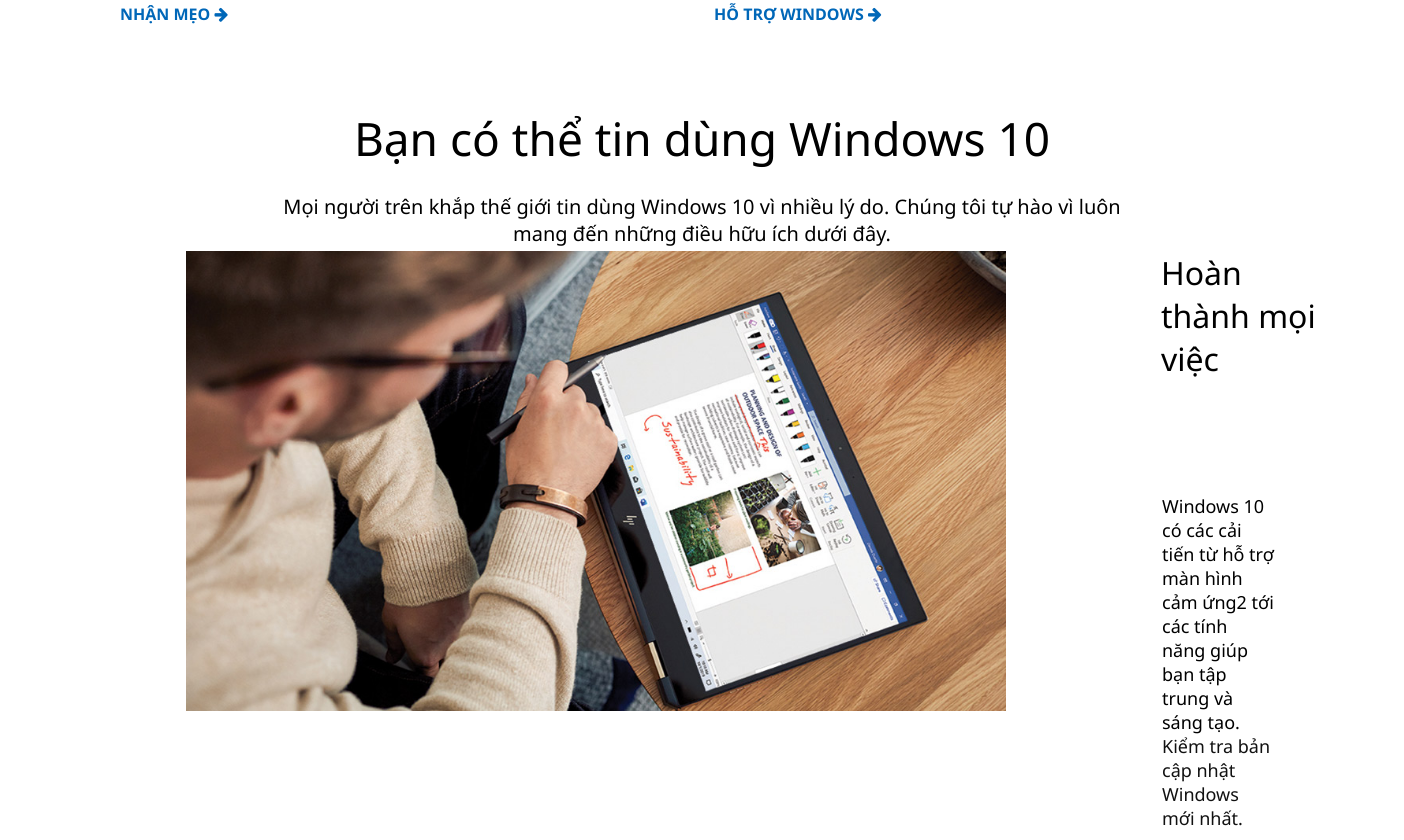
Repository: hoangphuong965/clone-Microsoft---practice
Page: index.html
The author's editor kept a copy of each file at every save. The page is drawn from the files as they stood at one save, then again after a run of saves.
The browser window is 1280 px wide. The page is 1404 px wide, so the pictures cover 1404 px, including what lies to the right of the window. The pictures show the part of the page from y = 1359 to 2199 px (the page is 2199 px tall before and 2075 px after).

Above is the page before, as saved 2020-06-10 21:12:17.

After the next 6 saves:
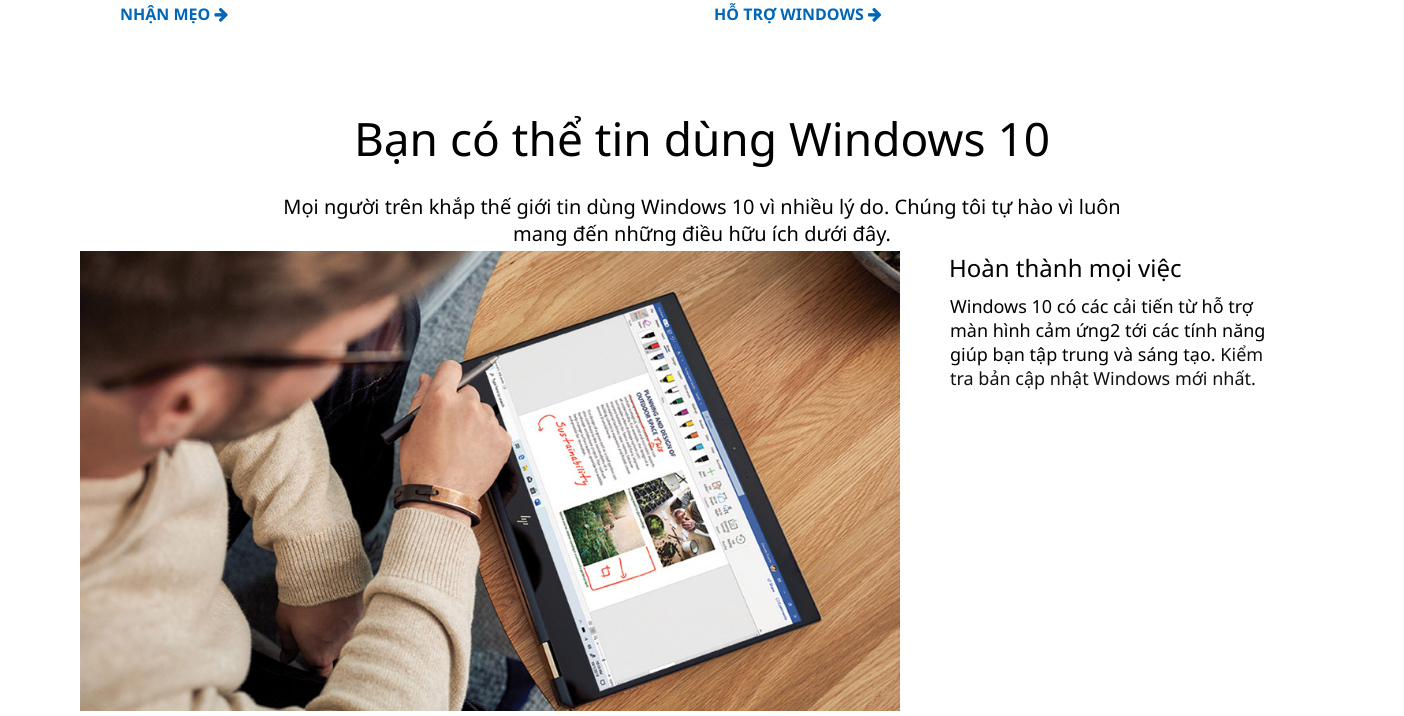
The 6 saves are shown as one change because they came seconds apart.
The last was saved 23 s later.
--- a/style.css
+++ b/style.css
@@ -154,15 +154,10 @@
   height: 460px;
 }
 
-.feature-text-right{
-  position: relative;
-}
 .feature-text-right h2 {
   text-align: left;
   font-weight: 350;
   padding-left:49px;
-  font-size: 2em;
-  position: absolute;
 }
 .feature-text-right p {
   padding: 10px 50px;
@@ -170,6 +165,4 @@
   font-size: 18px;
   line-height: 24px;
   font-weight: 200;
-  position: absolute;
-  top: 50%;
 }
